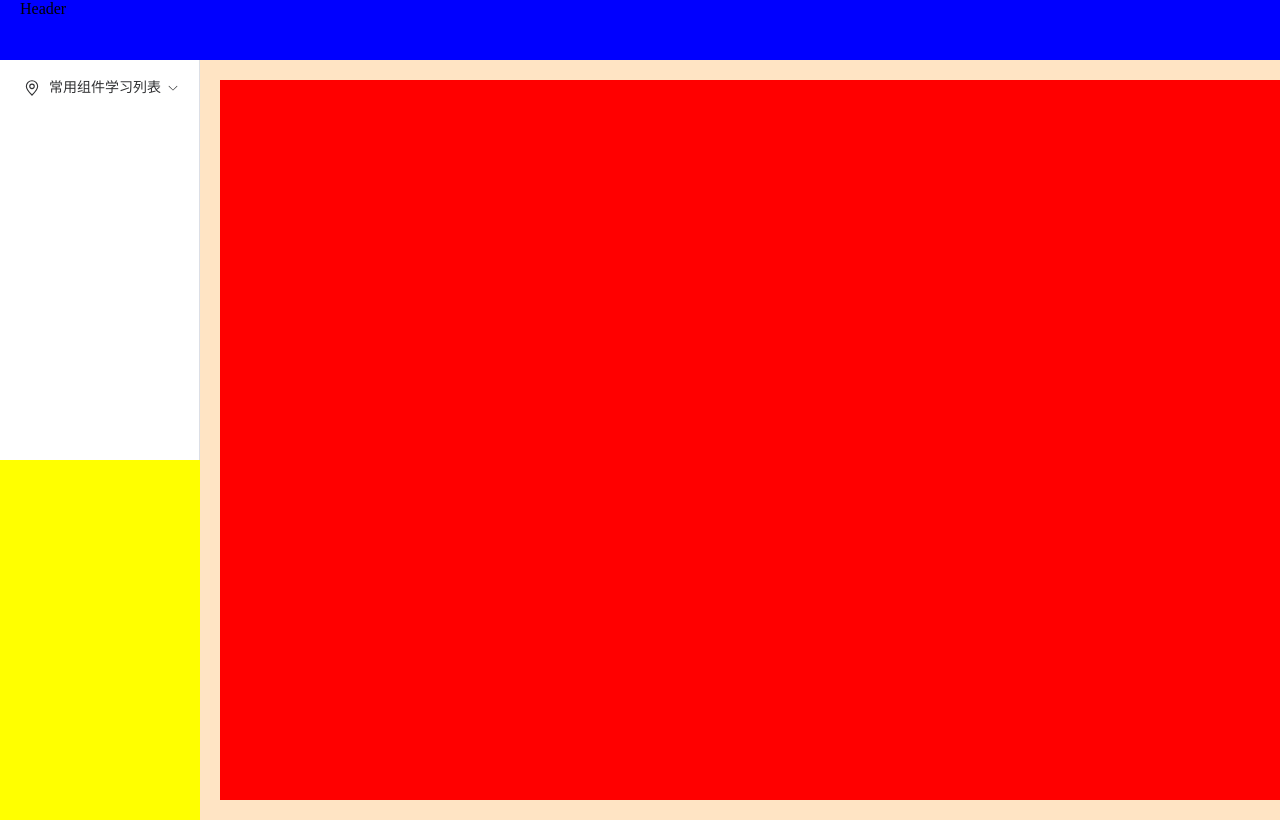
Repository: 553559555/vue3-project
Page: /#/index (app in vue3-app/)
These files come from the project's save history. The page is drawn as it stood at one moment and after the next save; the edit follows.
The browser window is 1280 px wide. The pictures show the whole page.
The project was rebuilt for these pictures with package versions that can differ from the ones it lists, and the page was loaded fresh each time. Also part of the build but not shown: vue3-app/vite.config.ts.

Above is the page before, as saved 2025-03-24 10:09:42.

After the next save:
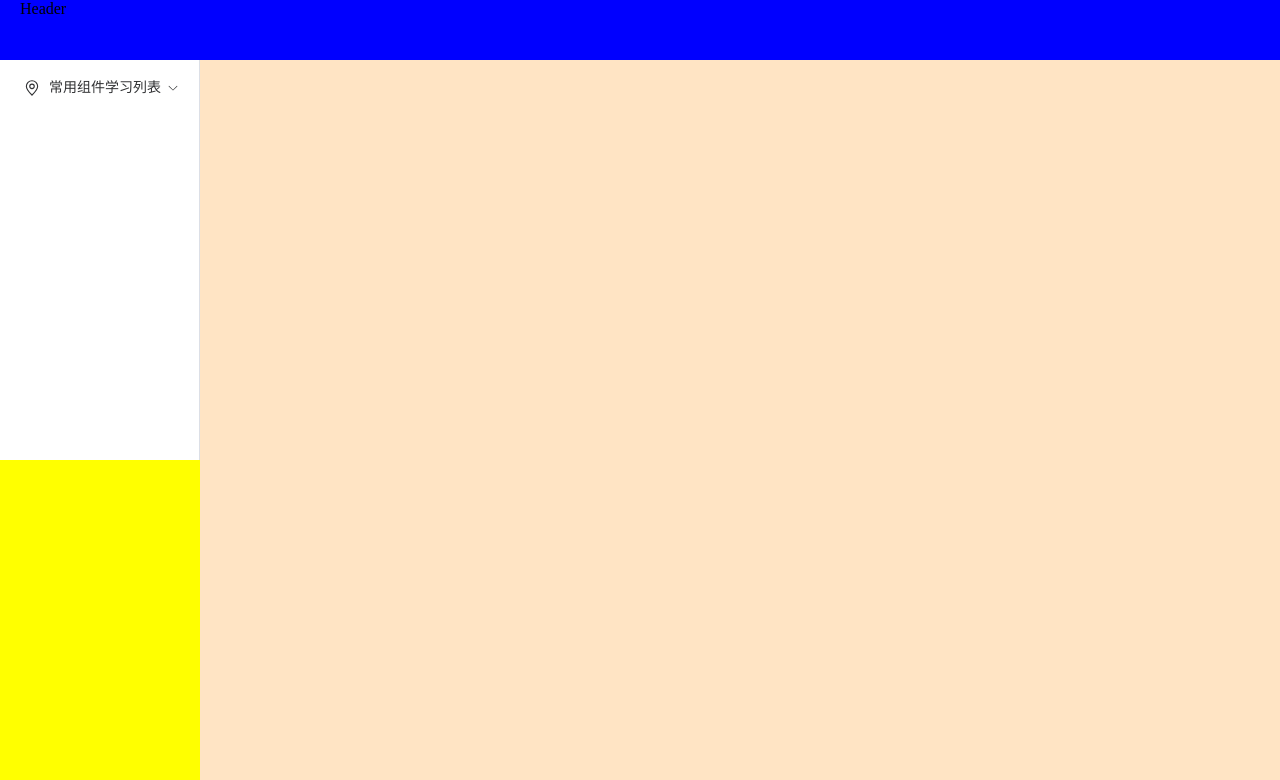
Saved 2 min 55 s later.
--- a/vue3-app/src/views/index.vue
+++ b/vue3-app/src/views/index.vue
@@ -7,7 +7,6 @@
             </el-aside>
             <el-main>
                 <router-view>
-                    <homeEmpty/>
                 </router-view>
             </el-main>
         </el-container>
@@ -18,7 +17,6 @@
 
 import { RouterView } from 'vue-router'
 import HomeLeft from './components/home-left.vue'
-import homeEmpty from './components/home-empty.vue';
 
 </script>
 
